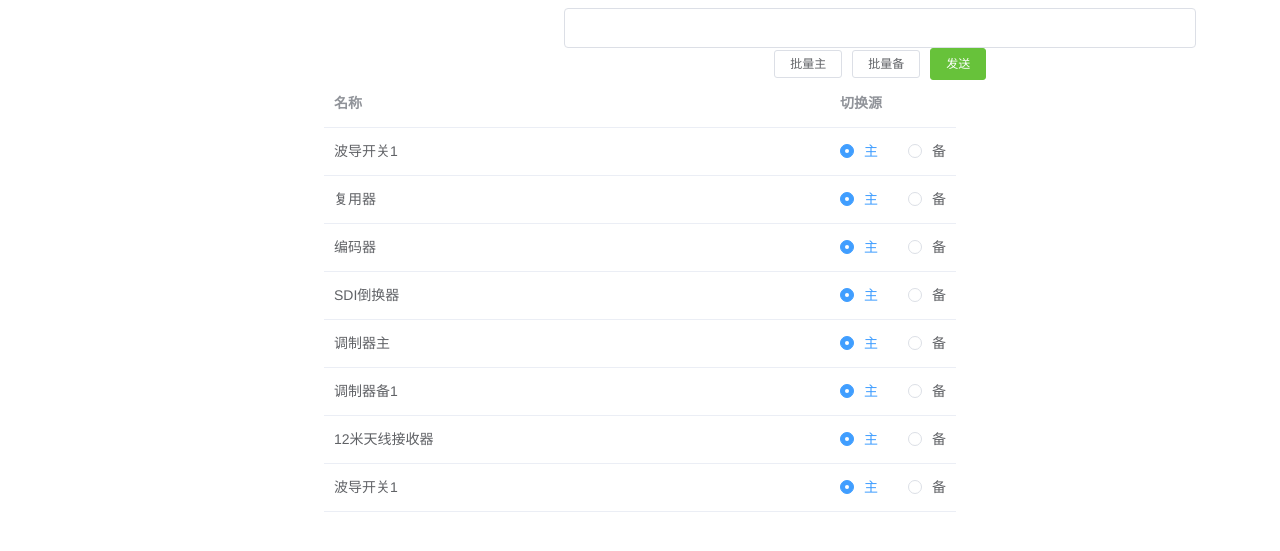
Repository: faintout/BHMQTTSendTool
Page: /
These files come from the project's save history. The page is drawn as it stood at one moment and after the next save; the edit follows.
The browser window is 1280 px wide. The pictures show the whole page.
The project was rebuilt for these pictures with package versions that can differ from the ones it lists, and the page was loaded fresh each time. Also part of the build but not shown: vue.config.js.

Above is the page before, as saved 2020-08-26 15:21:15.

### public/index.html
<!DOCTYPE html>
<html lang="en">
  <head>
    <meta charset="utf-8">
    <meta http-equiv="X-UA-Compatible" content="IE=edge">
    <meta name="viewport" content="width=device-width,initial-scale=1.0">
    <link rel="stylesheet" href="">
    <title></title>
  </head>
  <body>
    <div id="app">

    </div>
    <!-- built files will be auto injected -->
  </body>
</html>

### src/main.js
import Vue from 'vue'
import App from './App.vue'
import router from './router'
import $ from 'jquery'
import ElementUi from 'element-ui'
import 'element-ui/lib/theme-chalk/index.css'
import 'element-ui/lib/theme-chalk/reset.css'

Vue.config.productionTip = false
Vue.use(ElementUi)
new Vue({
  router,
  render: h => h(App)
}).$mount('#app')

### src/router/index.js
import Vue from 'vue'
import VueRouter from 'vue-router'
import Home from '../views/Home.vue'

Vue.use(VueRouter)

  const routes = [
  {
    path: '/',
    name: 'Home',
    component: Home
  },
]

const router = new VueRouter({
  routes
})

export default router

### src/views/Home.vue
<template>
    <div class="content">
        <title></title>
        <!-- 按钮模块 -->
        <div style="position: relative;left: calc(50% - 6%);width: 50%;">
            <el-input style="display:inline-block" ></el-input>
            <el-button size="mini" @click="batch(0)">批量主</el-button>
            <el-button size="mini" @click="batch(1)">批量备</el-button>
            <el-button type="success" size="small" @click="sendData">发送</el-button>
        </div>
        <el-table v-loading="tableLoading" :data="tableData" style="width: 50%;position: relative;left: calc(50% - 25%);">
            >
            <el-table-column prop="name" min-width="4" label="名称">
            </el-table-column>
            <el-table-column label="切换源" min-width="1">
                <template slot-scope="scope">
                    <el-radio-group v-model="scope.row.switchStatus">
                        <el-radio :label="0" @click="scope.row.switchStatus = 0">主</el-radio>
                        <el-radio :label="1" @click="scope.row.switchStatus = 1">备</el-radio>
                    </el-radio-group>
                </template>
            </el-table-column>

        </el-table>
    </div>

</template>

<script>
    export default {
        components: {},
        data() {
            return {
                //表格框加载
                tableLoading: false,
                tableData: [{
                        id: 1,
                        name: "波导开关1",
                        switchStatus: 0,
                        masterData: "",
                        savleData: ""
                    },
                    {
                        id: 2,
                        name: "复用器",
                        switchStatus: 0,
                        masterData: "",
                        savleData: ""
                    },
                    {
                        id: 3,
                        name: "编码器",
                        switchStatus: 0,
                        masterData: "",
                        savleData: ""
                    },
                    {
                        id: 4,
                        name: "SDI倒换器",
                        switchStatus: 0,
                        masterData: "",
                        savleData: ""
                    },
                    {
                        id: 5,
                        name: "调制器主",
                        switchStatus: 0,
                        masterData: "",
                        savleData: ""
                    },
                    {
                        id: 6,
                        name: "调制器备1",
                        switchStatus: 0,
                        masterData: "",
                        savleData: ""
                    },
                    {
                        id: 7,
                        name: "12米天线接收器",
                        switchStatus: 0,
                        masterData: "",
                        savleData: ""
                    },
                    {
                        id: 8,
                        name: "波导开关1",
                        switchStatus: 0,
                        masterData: "",
                        savleData: ""
                    },
                ]
            }
        },
        watch: {},
        computed: {

        },
        methods: {
            changeItem(item) {
                console.log('item', item);
            },
            changItemRadio(item) {
                console.log('itemzhixng ');
            },
            //获取所有数据
            getAllMqttData() {
                $.ajax({
                    type:'POST',
                    url:'',
                    data:data,
                    success:()=>{

                    },
                    error:()=>{

                    }
                   })
            },
            //数据处理
            dataProcessing() {

            },
            //批量设置
            /**
             * @type 0 主 1 备
             * @Date 2020-08-26 14:13:24
             */
            batch(type) {
                this.tableData.forEach(item => {
                    item.switchStatus = type ? 1 : 0
                })
            },
            //发送数据
            sendData() {
                this.tableLoading = true
                setTimeout(() => {
                    this.tableLoading = false
                    this.$message({
                        message: '数据发送成功',
                        type: 'success',
                        duration:1000
                    });
                }, 3000)
            }

        },
        mounted() {
            console.log(this.tableData);
        },
        created() {},
    }
</script>
<style lang="less" scoped>
</style>

Loaded but not shown: src/App.vue (common file)

After the next save:
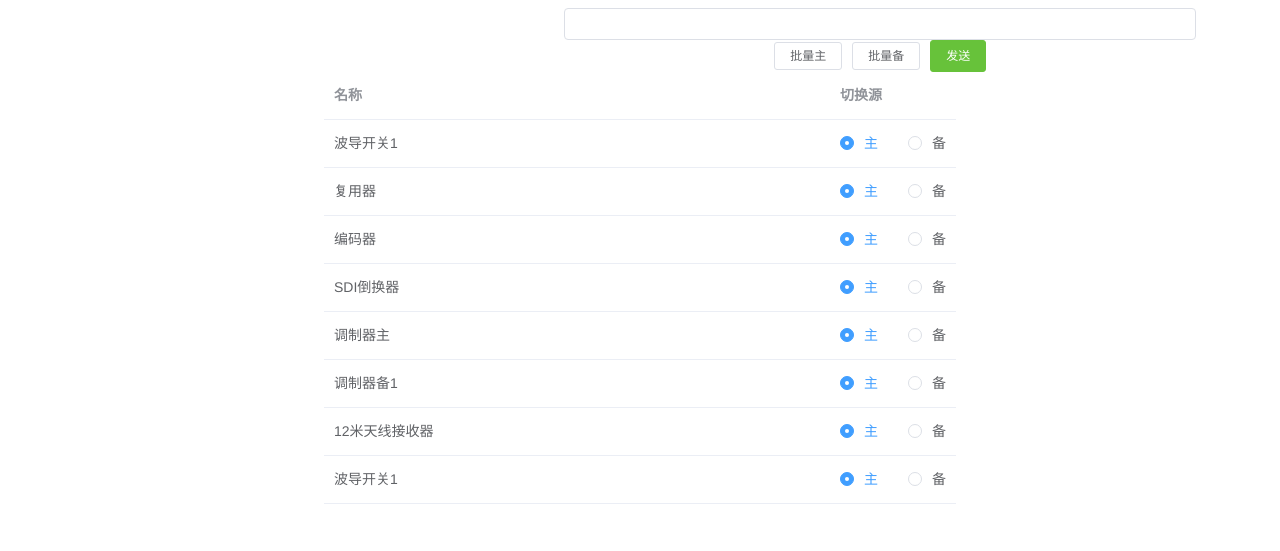
Saved 49 s later.
--- a/src/views/Home.vue
+++ b/src/views/Home.vue
@@ -3,7 +3,7 @@
         <title></title>
         <!-- 按钮模块 -->
         <div style="position: relative;left: calc(50% - 6%);width: 50%;">
-            <el-input style="display:inline-block" ></el-input>
+            <el-input style="display:inline-block"  size="small"></el-input>
             <el-button size="mini" @click="batch(0)">批量主</el-button>
             <el-button size="mini" @click="batch(1)">批量备</el-button>
             <el-button type="success" size="small" @click="sendData">发送</el-button>
